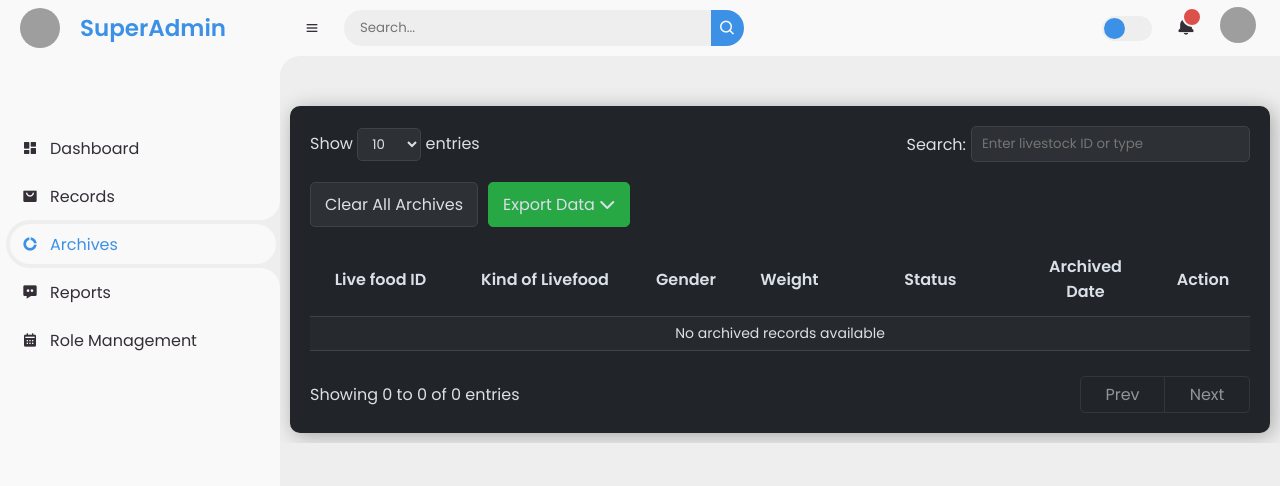
Repository: gaelly-ace/Capstone-System
Page: archive.html
These files come from the project's save history. The page is drawn as it stood at one moment and after the next save; the edit follows.
The browser window is 1280 px wide. The pictures show the whole page.
Pictures or frames that could not be fetched are drawn as grey boxes.

Above is the page before, as saved 2025-10-08 01:00:17.

### archive.html
<!DOCTYPE html>
<html lang="en">
<head>
    <meta charset="UTF-8">
    <meta name="viewport" content="width=device-width, initial-scale=1.0">

    <!-- Boxicons -->
    <link href='https://unpkg.com/boxicons@2.0.9/css/boxicons.min.css' rel='stylesheet'>
    <!--Font Awesome CDN-->
    <link rel="stylesheet" href="https://cdnjs.cloudflare.com/ajax/libs/font-awesome/6.2.1/css/all.min.css" integrity="sha512-MV7K8+y+gLIBoVD59lQIYicR65iaqukzvf/nwasF0nqhPay5w/9lJmVM2hMDcnK1OnMGCdVK+iQrJ7lzPJQd1w==" crossorigin="anonymous" referrerpolicy="no-referrer" />
    <!-- SheetJS for Excel export -->
    <script src="https://cdnjs.cloudflare.com/ajax/libs/xlsx/0.18.5/xlsx.full.min.js"></script>
    <!-- jsPDF for PDF export -->
    <script src="https://cdnjs.cloudflare.com/ajax/libs/jspdf/2.5.1/jspdf.umd.min.js"></script>
    <script src="https://cdnjs.cloudflare.com/ajax/libs/jspdf-autotable/3.5.31/jspdf.plugin.autotable.min.js"></script>
	<!-- My CSS -->
	<link rel="stylesheet" href="archive.css">

<title>PSMO - Archives</title>
</head>
<body>

	<!-- SIDEBAR -->
	<section id="sidebar">
		<a href="index.html" class="brand">
			<img src="IMAGES/PSMO.png" class="logo">
			<span class="text">SuperAdmin</span>
		</a>
		<ul class="side-menu top">
			<li>
				<a href="index.html">
					<i class='bx bxs-dashboard' ></i>
					<span class="text">Dashboard</span>
				</a>
			</li>
			<li>
				<a href="records.html">
					<i class='bx bxs-shopping-bag-alt' ></i>
					<span class="text">Records</span>
				</a>
			</li>
			<li class="active">
				<a href="archives.html">
					<i class='bx bxs-doughnut-chart' ></i>
					<span class="text">Archives</span>
				</a>
			</li>
			<li>
				<a href="reports.html">
					<i class='bx bxs-message-dots' ></i>
					<span class="text">Reports</span>
				</a>
			</li>
            <li>
				<a href="team.html">
					<i class='bx bxs-calendar' ></i>
					<span class="text">Role Management</span>
				</a>
			</li>
		</ul>
		<ul class="side-menu">


		</ul>
	</section>
	<!-- SIDEBAR -->

	<!-- CONTENT -->
	<section id="content">
		<!-- NAVBAR -->
		<nav>
			<i class='bx bx-menu' ></i>
			<form action="#">
				<div class="form-input">
					<input type="search" placeholder="Search...">
					<button type="submit" class="search-btn"><i class='bx bx-search' ></i></button>
				</div>
			</form>
			<input type="checkbox" id="switch-mode" hidden>
			<label for="switch-mode" class="switch-mode"></label>
			<a href="notif.html" class="notification">
				<i class='bx bxs-bell' ></i>
				<span class="num"></span>
			</a>
			<a href="profile.html" class="profile">
				<img src="IMAGES/" id="navbar-profile-img">
			</a>
		</nav>
		<!-- NAVBAR -->

		 <!-- ARCHIVED RECORDS -->
        <div class="container">
            <header>
                <div class="filterEntries">
                    <div class="entries">
                        Show <select name="" id="table_size">
                            <option value="10">10</option>
                            <option value="20">20</option>
                            <option value="50">50</option>
                            <option value="100">100</option>
                        </select> entries
                    </div>

                    <div class="filter">
                        <label for="search">Search:</label>
                        <input type="search" name="" id="search" placeholder="Enter livestock ID or type">
                    </div>
                </div>

                <div class="actionButtons">
                    <button id="clearAllBtn" class="clearAllBtn">Clear All Archives</button>
                    <div class="exportMenu">
                        <button class="exportBtn">Export Data <i class="fas fa-chevron-down"></i></button>
                        <div class="exportOptions">
                            <button id="exportPDF">Export as PDF</button>
                            <button id="exportExcel">Export as Excel</button>
                        </div>
                    </div>
                </div>
            </header>

            <div class="table-container">
                <table>
                    <thead>
                        <tr class="heading">
                            <th>Live food ID</th>
                            <th>Kind of Livefood</th>
                            <th>Gender</th>
                            <th>Weight</th>
                            <th>Status</th>
                            <th>Archived Date</th>
                            <th>Action</th>
                        </tr>
                    </thead>
                    <tbody class="userInfo">
                        <!-- Data will be displayed here automatically -->
                    </tbody>
                </table>
            </div>

            <footer>
                <span class="showEntries">Showing 1 to 10 of 0 entries</span>
                <div class="pagination">
                    <!-- Pagination buttons will be generated here -->
                </div>
            </footer>
        </div>

        <!-- Confirmation Modal -->
        <div class="confirmation_bg">
            <div class="confirmation_popup">
                <header>
                    <h2 class="confirmationTitle">Confirm Action</h2>
                    <button class="closeConfirmBtn">&times;</button>
                </header>
                <div class="confirmation-body">
                    <p id="confirmationMessage">Are you sure you want to perform this action?</p>
                </div>
                <footer class="confirmationFooter">
                    <button class="cancelConfirmBtn">Cancel</button>
                    <button class="confirmBtn">Confirm</button>
                </footer>
            </div>
        </div>

        <!-- ARCHIVED RECORDS ENDS HERE -->
    </section>
    <!-- CONTENT -->

    <script src="archive.js"></script>
</body>
</html>

### archive.css
@import url('https://fonts.googleapis.com/css2?family=Lato:wght@400;700&family=Poppins:wght@400;500;600;700&display=swap');

* {
    margin: 0;
    padding: 0;
    box-sizing: border-box;
}

a {
    text-decoration: none;
}

li {
    list-style: none;
}

:root {
    --poppins: 'Poppins', sans-serif;
    --lato: 'Lato', sans-serif;

    --light: #F9F9F9;
    --blue: #3C91E6;
    --light-blue: #CFE8FF;
    --grey: #eee;
    --dark-grey: #AAAAAA;
    --dark: #342E37;
    --red: #DB504A;
    --yellow: #FFCE26;
    --light-yellow: #FFF2C6;
    --orange: #FD7238;
    --light-orange: #FFE0D3;
}

html {
    overflow-x: hidden;
}

body.dark {
    --light: #0C0C1E;
    --grey: #060714;
    --dark: #FBFBFB;
}

body {
    background: var(--grey);
    overflow-x: hidden;
}

/* SIDEBAR */
#sidebar {
    position: fixed;
    top: 0;
    left: 0;
    width: 280px;
    height: 100%;
    background: var(--light);
    z-index: 2000;
    font-family: var(--lato);
    transition: .3s ease;
    overflow-x: hidden;
    scrollbar-width: none;
}
#sidebar::--webkit-scrollbar {
    display: none;
}
#sidebar.hide {
    width: 60px;
}
#sidebar .brand {
    font-size: 23px;
    font-weight: 600;
    height: 56px;
    display: flex;
    align-items: center;
    color: var(--blue);
    position: sticky;
    top: 0;
    left: 0;
    background: var(--light);
    z-index: 500;
    padding-bottom: 20px;
    box-sizing: content-box;
}
#sidebar .brand .bx {
    min-width: 60px;
    display: flex;
    justify-content: center;
}
#sidebar .side-menu {
    width: 100%;
    margin-top: 48px;
}
#sidebar .side-menu li {
    height: 48px;
    background: transparent;
    margin-left: 6px;
    border-radius: 48px 0 0 48px;
    padding: 4px;
}
#sidebar .side-menu li.active {
    background: var(--grey);
    position: relative;
}
#sidebar .side-menu li.active::before {
    content: '';
    position: absolute;
    width: 40px;
    height: 40px;
    border-radius: 50%;
    top: -40px;
    right: 0;
    box-shadow: 20px 20px 0 var(--grey);
    z-index: -1;
}
#sidebar .side-menu li.active::after {
    content: '';
    position: absolute;
    width: 40px;
    height: 40px;
    border-radius: 50%;
    bottom: -40px;
    right: 0;
    box-shadow: 20px -20px 0 var(--grey);
    z-index: -1;
}
#sidebar .side-menu li a {
    width: 100%;
    height: 100%;
    background: var(--light);
    display: flex;
    align-items: center;
    border-radius: 48px;
    font-size: 16px;
    color: var(--dark);
    white-space: nowrap;
    overflow-x: hidden;
}
#sidebar .side-menu.top li.active a {
    color: var(--blue);
}
#sidebar.hide .side-menu li a {
    width: calc(48px - (4px * 2));
    transition: width .3s ease;
}
#sidebar .side-menu li a.logout {
    color: var(--red);
}
#sidebar .side-menu.top li a:hover {
    color: var(--blue);
}
#sidebar .side-menu li a .bx {
    min-width: calc(60px  - ((4px + 6px) * 2));
    display: flex;
    justify-content: center;
}

.logo {
    width: 80px;
    height: 80px;
    border-radius: 50%;
    padding: 20px;
}

/* CONTENT */
#content {
    position: relative;
    width: calc(100% - 280px);
    left: 280px;
    transition: .3s ease;
}
#sidebar.hide ~ #content {
    width: calc(100% - 60px);
    left: 60px;
}

/* NAVBAR */
#content nav {
    height: 56px;
    background: var(--light);
    padding: 0 24px;
    display: flex;
    align-items: center;
    grid-gap: 24px;
    font-family: var(--lato);
    position: sticky;
    top: 0;
    left: 0;
    z-index: 1000;
}
#content nav::before {
    content: '';
    position: absolute;
    width: 40px;
    height: 40px;
    bottom: -40px;
    left: 0;
    border-radius: 50%;
    box-shadow: -20px -20px 0 var(--light);
}
#content nav a {
    color: var(--dark);
}
#content nav .bx.bx-menu {
    cursor: pointer;
    color: var(--dark);
}
#content nav .nav-link {
    font-size: 16px;
    transition: .3s ease;
}
#content nav .nav-link:hover {
    color: var(--blue);
}
#content nav form {
    max-width: 400px;
    width: 100%;
    margin-right: auto;
}
#content nav form .form-input {
    display: flex;
    align-items: center;
    height: 36px;
}
#content nav form .form-input input {
    flex-grow: 1;
    padding: 0 16px;
    height: 100%;
    border: none;
    background: var(--grey);
    border-radius: 36px 0 0 36px;
    outline: none;
    width: 100%;
    color: var(--dark);
}
#content nav form .form-input button {
    width: 36px;
    height: 100%;
    display: flex;
    justify-content: center;
    align-items: center;
    background: var(--blue);
    color: var(--light);
    font-size: 18px;
    border: none;
    outline: none;
    border-radius: 0 36px 36px 0;
    cursor: pointer;
}
#content nav .notification {
    font-size: 20px;
    position: relative;
}
#content nav .notification .num {
    position: absolute;
    top: -6px;
    right: -6px;
    width: 20px;
    height: 20px;
    border-radius: 50%;
    border: 2px solid var(--light);
    background: var(--red);
    color: var(--light);
    font-weight: 700;
    font-size: 12px;
    display: flex;
    justify-content: center;
    align-items: center;
}
#content nav .profile img {
    width: 36px;
    height: 36px;
    object-fit: cover;
    border-radius: 50%;
}
#content nav .switch-mode {
    display: block;
    min-width: 50px;
    height: 25px;
    border-radius: 25px;
    background: var(--grey);
    cursor: pointer;
    position: relative;
}
#content nav .switch-mode::before {
    content: '';
    position: absolute;
    top: 2px;
    left: 2px;
    bottom: 2px;
    width: calc(25px - 4px);
    background: var(--blue);
    border-radius: 50%;
    transition: all .3s ease;
}
#content nav #switch-mode:checked + .switch-mode::before {
    left: calc(100% - (25px - 4px) - 2px);
}

/* ARCHIVES STYLES */
:root{
    --dark1: #0000004d;
    --dark2: #181c20;
    --dark3: #212529;
    --dark4: #2d3135;
    --dark5: #424549;
    --dark6: #404346;
    --dark7: #9c9c9c;
    --dark8: #dae0e7;
    --dark9: #262a2e;
    --red1: #902e31;
    --green: #28a745;
    --orange: #fd7e14;
    --purple: #6f42c1;
}

*{
    font-family: 'Poppins', sans-serif;
}

.container{
    padding: 20px;
    box-shadow: 3px 3px 20px var(--dark1);
    background: var(--dark3);
    border-radius: 10px;
    margin: 10px;
    margin-top: 50px;
}

.container header .filterEntries{
    display: flex;
    justify-content: space-between;
    align-items: center;
    margin-bottom: 20px;
}

.filterEntries .entries{
    color: var(--dark8);
}

.filterEntries .entries select, .filterEntries .filter input{
    padding: 7px 10px;
    border: 1px solid var(--dark6);
    color: var(--dark8);
    background: var(--dark4);
    border-radius: 5px;
    outline: none;
    transition: 0.3s;
    cursor: pointer;
}

.filterEntries .entries select{
    padding: 5px 10px;
}

.filterEntries .filter{
    display: flex;
    align-items: center;
}

.filter label{
    color: var(--dark8);
    margin-right: 5px;
}

.filter input:focus{
    border-color: var(--dark7);
}

.container header .actionButtons {
    margin-bottom: 15px;
    display: flex;
    gap: 10px;
    align-items: center;
}

.actionButtons button{
    padding: 9px 14px;
    color: var(--dark8);
    background: transparent;
    font-size: 16px;
    cursor: pointer;
    pointer-events: auto;
    outline: none;
    border: 1px solid var(--dark6);
    background: var(--dark4);
    border-radius: 5px;
}

.actionButtons button:hover{
    background: var(--dark5);
}

.exportBtn {
    background: var(--green) !important;
    border-color: var(--green) !important;
}

.exportBtn:hover {
    background: #218838 !important;
}

.container table{
    border-collapse: collapse;
    text-align: left;
    width: 100%;
    table-layout: fixed;
}

table .heading{
    background: var(--dark5);
    background: transparent;
    color: var(--dark8);
}

table .heading th:hover{
    background: var(--dark4);
    transition: 0.3s;
}

table tr th, table tr td{
    padding: 8px 12px;
    color: var(--dark8);
    vertical-align: middle;
    text-align: center;
    word-wrap: break-word;
    overflow-wrap: break-word;
    white-space: normal;
}

table tr th{
    padding: 12px 15px;
    font-weight: 600;
}

table tr td img{
    vertical-align: middle;
}
table tr:hover{
    cursor: pointer;
    background: var(--dark9);
}

table tr td{
    border-bottom: 1px solid var(--dark6);
}

table tbody tr:first-child td{
    border-top: 1px solid var(--dark6);
}

table tbody tr:nth-child(odd){
    background: var(--dark9);
}

table tr td{
    font-size: 14px;
}

/* Set specific column widths that work within screen bounds */
.container table th:nth-child(1),
.container table td:nth-child(1) {
    width: 15%;
}

.container table th:nth-child(2),
.container table td:nth-child(2) {
    width: 20%;
}

.container table th:nth-child(3),
.container table td:nth-child(3) {
    width: 10%;
}

.container table th:nth-child(4),
.container table td:nth-child(4) {
    width: 12%;
}

.container table th:nth-child(5),
.container table td:nth-child(5) {
    width: 18%;
}

.container table th:nth-child(6),
.container table td:nth-child(6) {
    width: 15%;
}

.container table th:nth-child(7),
.container table td:nth-child(7) {
    width: 10%;
}

table td button{
    margin: 2px;
    padding: 5px 8px;
    background: var(--dark5);
    color: var(--dark8);
    font-size: 12px;
    cursor: pointer;
    pointer-events: auto;
    outline: none;
    border: 1px solid var(--dark7);
    border-radius: 3px;
}

.unarchiveBtn {
    background: var(--red) !important;
    border-color: var(--red) !important;
    color: white !important;
}

.unarchiveBtn:hover {
    background: #c1432d !important;
}

.container footer{
    margin-top: 25px;
    font-size: 16px;
    display: flex;
    justify-content: space-between;
    align-items: center;
}

.container footer span{
    color: var(--dark8);
}

footer .pagination{
    display: flex;
}

footer .pagination button{
    width: 40px;
    padding: 5px 0;
    color: var(--dark8);
    background: transparent;
    font-size: 16px;
    cursor: pointer;
    pointer-events: auto;
    outline: none;
    border: 1px solid var(--dark6);
    border-left: none;
    margin: 0;
}

.pagination button:first-child{
    width: 85px;
    border-top-left-radius: 5px;
    border-bottom-left-radius: 5px;
    border-left: 1px solid var(--dark6);
    opacity: 0.6;
    pointer-events: none;
}

.pagination button:last-child{
    width: 85px;
    border-top-right-radius: 5px;
    border-bottom-right-radius: 5px;
    opacity: 0.6;
    pointer-events: none;
}

.pagination button.active, .pagination button:hover{
    background: var(--red1);
}

.pagination button.act:first-child{
    opacity: 1;
    pointer-events: auto;
}

.pagination button.act:last-child{
    opacity: 1;
    pointer-events: auto;
}

table tr .empty{
    padding: 6px;
    background: var(--dark9);
}

.exportMenu {
    position: relative;
    display: inline-block;
}

.exportOptions {
    display: none;
    position: absolute;
    background-color: var(--dark4);
    min-width: 160px;
    box-shadow: 0px 8px 16px 0px rgba(0,0,0,0.2);
    border-radius: 5px;
    z-index: 1;
    top: 100%;
    right: 0;
}

.exportOptions button {
    color: var(--dark8);
    padding: 12px 16px;
    text-decoration: none;
    display: block;
    width: 100%;
    text-align: left;
    border: none;
    background: none;
    cursor: pointer;
}

.exportOptions button:hover {
    background-color: var(--dark5);
}

.exportMenu:hover .exportOptions {
    display: block;
}

/* Confirmation Modal */
.confirmation_bg{
    position: fixed;
    top: 0;
    left: 0;
    width: 100%;
    height: 100%;
    background: rgba(0,0,0,0.6);
    display: flex;
    justify-content: center;
    align-items: center;
    opacity: 0;
    visibility: hidden;
    z-index: 9999;
    transition: all 0.3s ease;
}

.confirmation_bg.active {
    opacity: 1;
    visibility: visible;
}

.confirmation_popup{
    border-radius: 5px;
    box-shadow: 3px 3px 20px rgba(0,0,0,0.3);
    background: var(--dark3);
    transition: 0.4s;
    user-select: none;
    transform: scale(0.7);
    opacity: 0;
    visibility: hidden;
    max-width: 500px;
    width: 90%;
    max-height: 300px;
}

.confirmation_bg.active .confirmation_popup {
    transform: scale(1);
    opacity: 1;
    visibility: visible;
}

.confirmation_popup header{
    display: flex;
    justify-content: space-between;
    align-items: center;
    border-bottom: 1px solid var(--dark7);
    padding: 15px 20px;
    color: var(--dark8);
}

.confirmation_popup header h2 {
    margin: 0;
    font-size: 18px;
}

.closeConfirmBtn{
    background: none;
    border: none;
    color: var(--dark8);
    font-size: 24px;
    cursor: pointer;
    padding: 5px 10px;
    border-radius: 3px;
    transition: background-color 0.3s;
}

.closeConfirmBtn:hover{
    background: var(--dark5);
}

.confirmation-body {
    padding: 20px;
    text-align: center;
}

.confirmation-body p {
    color: var(--dark8);
    font-size: 16px;
    margin: 0;
}

.confirmationFooter{
    border-top: 1px solid var(--dark7);
    padding: 15px 20px;
    text-align: right;
    display: flex;
    justify-content: flex-end;
    gap: 10px;
}

.cancelConfirmBtn, .confirmBtn {
    padding: 10px 20px;
    border: 1px solid var(--dark6);
    border-radius: 5px;
    cursor: pointer;
    font-size: 14px;
    transition: all 0.3s ease;
}

.cancelConfirmBtn {
    background: var(--dark4);
    color: var(--dark8);
}

.cancelConfirmBtn:hover {
    background: var(--dark5);
}

.confirmBtn {
    background: var(--red1);
    color: white;
    border-color: var(--red1);
}

.confirmBtn:hover {
    background: #7a252a;
}

/* Archive specific styles */
.archived-date {
    font-size: 12px;
    color: var(--dark7);
}

@media only screen and (max-width: 1024px) {
    .container table {
        width: 100%;
    }
}

@media only screen and (max-width: 810px) {
    .container table {
        width: 100%;
    }
}

@media only screen and (max-width: 768px) {
    .container table {
        font-size: 12px;
    }

    table tr th, table tr td {
        padding: 6px 4px;
    }

    .actionButtons {
        flex-wrap: wrap;
    }

    /* Adjust column widths for mobile */
    .container table th:nth-child(2),
    .container table td:nth-child(2) {
        width: 25%;
    }

    .container table th:nth-child(6),
    .container table td:nth-child(6) {
        display: none;
    }
}

@media only screen and (max-width: 480px) {
    .container table th:nth-child(4),
    .container table td:nth-child(4),
    .container table th:nth-child(5),
    .container table td:nth-child(5) {
        display: none;
    }

    .container table th:nth-child(2),
    .container table td:nth-child(2) {
        width: 40%;
    }
}

@media only screen and (max-width: 460px) {
    #content nav form .form-input input {
        display: none;
    }

    #content nav form .form-input button {
        width: auto;
        height: auto;
        background: transparent;
        border-radius: none;
        color: var(--dark);
    }

    #content nav form.show .form-input input {
        display: block;
        width: 100%;
    }
    #content nav form.show .form-input button {
        width: 26px;
        height: 100%;
        border-radius: 0 36px 36px 0;
        color: var(--light);
        background: var(--red);
    }

    .filter label {
        display: none;
    }

    .confirmation_popup {
        margin: 20px;
    }

    .confirmationFooter {
        flex-direction: column;
    }

    .cancelConfirmBtn, .confirmBtn {
        width: 100%;
        margin: 5px 0;
    }
}

Loaded but not shown: archive.js (532 lines, source omitted)

After the next save:
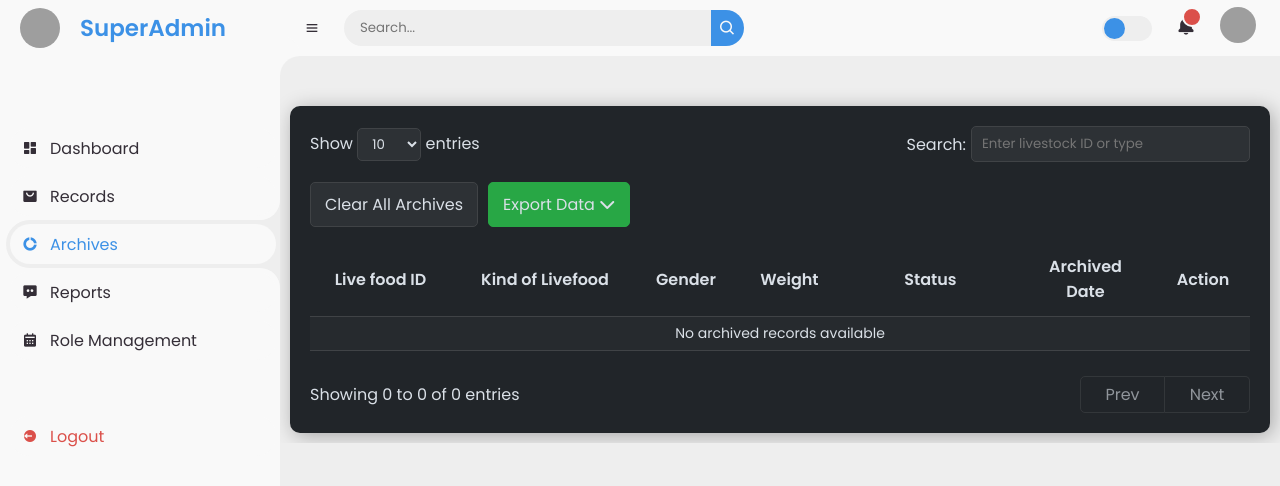
Saved 11 min 13 s later.
--- a/archive.html
+++ b/archive.html
@@ -59,8 +59,12 @@
 			</li>
 		</ul>
 		<ul class="side-menu">
-
-
+			<li>
+				<a href="sign.html" class="logout">
+					<i class='bx bxs-log-out-circle' ></i>
+					<span class="text">Logout</span>
+				</a>
+			</li>
 		</ul>
 	</section>
 	<!-- SIDEBAR -->
